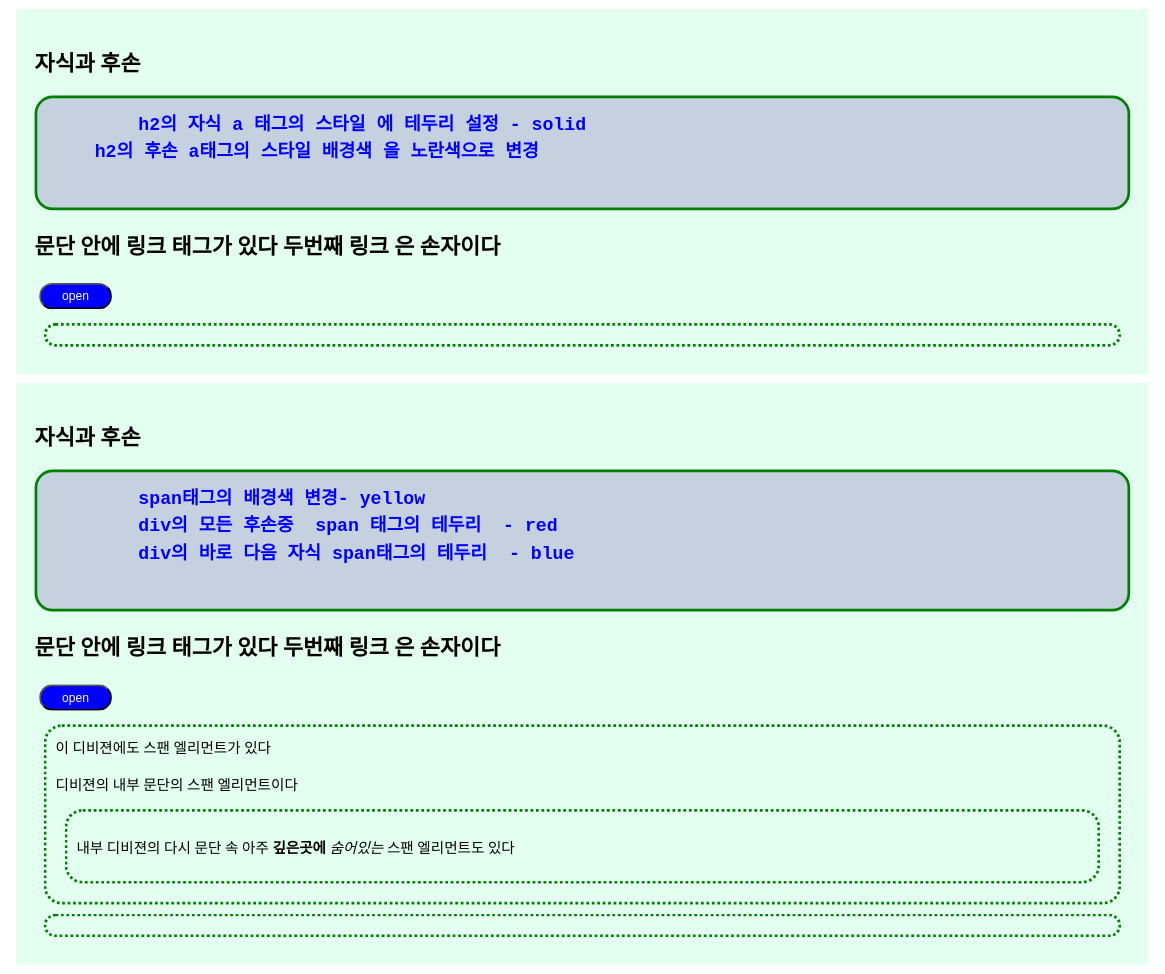
Repository: ypyp0205/jquery
Page: jqpro/WebContent/0210/선택자-엘리먼트.html
The author's editor kept a copy of each file at every save. The page is drawn from the files as they stood at one save, then again after the next save.
The browser window is 1280 px wide. The pictures show the whole page, at 91% of full size.

Above is the page before, as saved 2020-02-10 02:34:33.

After the next save:
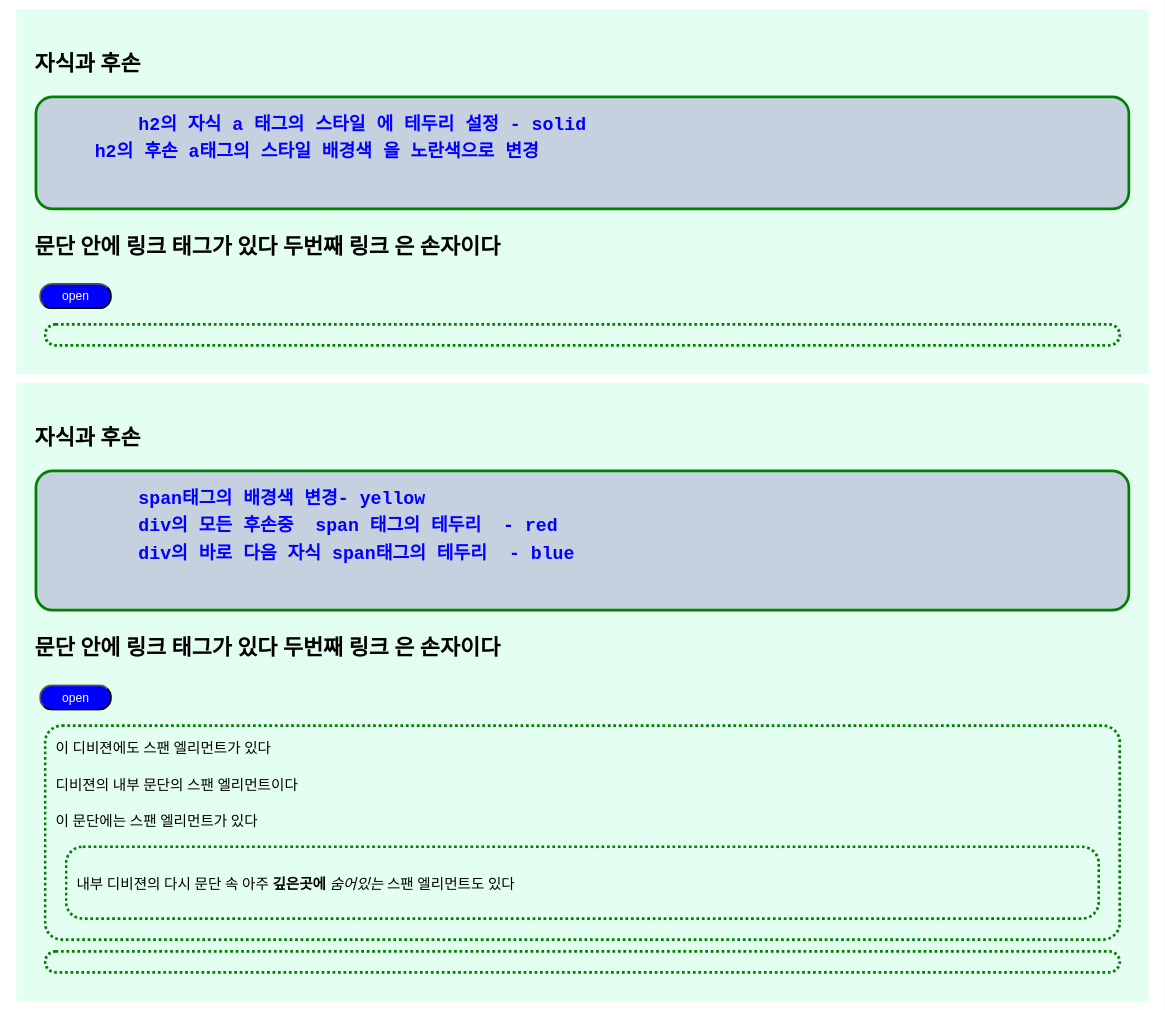
Saved 46 s later.
--- a/jqpro/WebContent/0210/선택자-엘리먼트.html
+++ b/jqpro/WebContent/0210/선택자-엘리먼트.html
@@ -75,7 +75,7 @@
 		<div>
     이 디비젼에도  <span>스팬</span> 엘리먼트가 있다
     <p>디비젼의  내부 문단의 <span>스팬</span> 엘리먼트이다 </p>
-
+ <p>이 문단에는 <span>스팬</span> 엘리먼트가 있다</p>
     <div>
         <p> 내부 디비젼의   다시 문단 속 아주
            	  <strong>깊은곳에 </strong>
